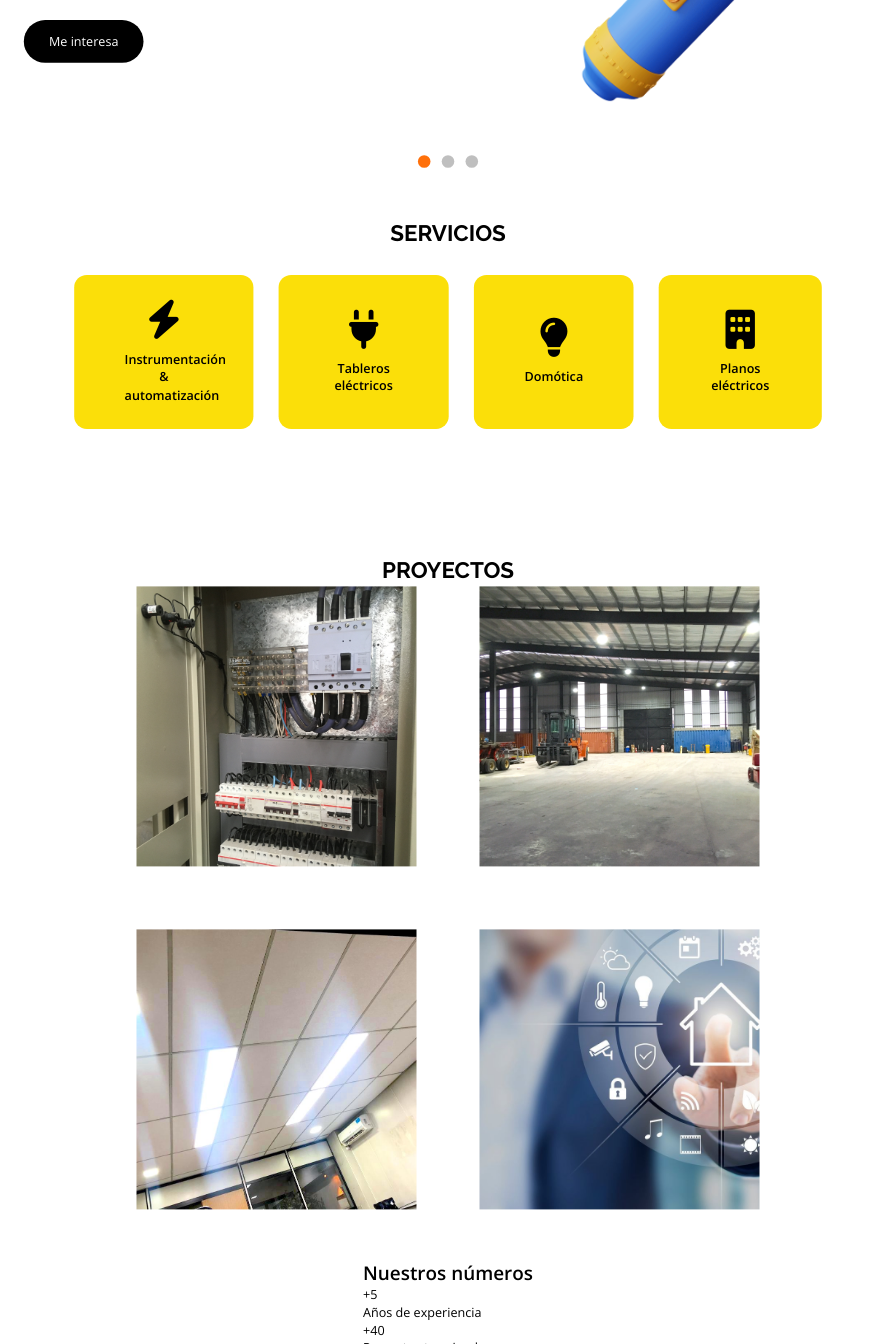
Repository: jeraldinnemg/rjelectronics
Page: index.html
An editor plug-in stored every save of this project. The page is shown before and after the next save, followed by the edit.
The browser window is 1280 px wide. The pictures show the part of the page from y = 424 to 2344 px (the page is 2788 px tall before and 2644 px after), at 70% of full size.
Some web libraries are served in a nearby version.

Above is the page before, as saved 2022-07-27 17:36:00.

After the next save:
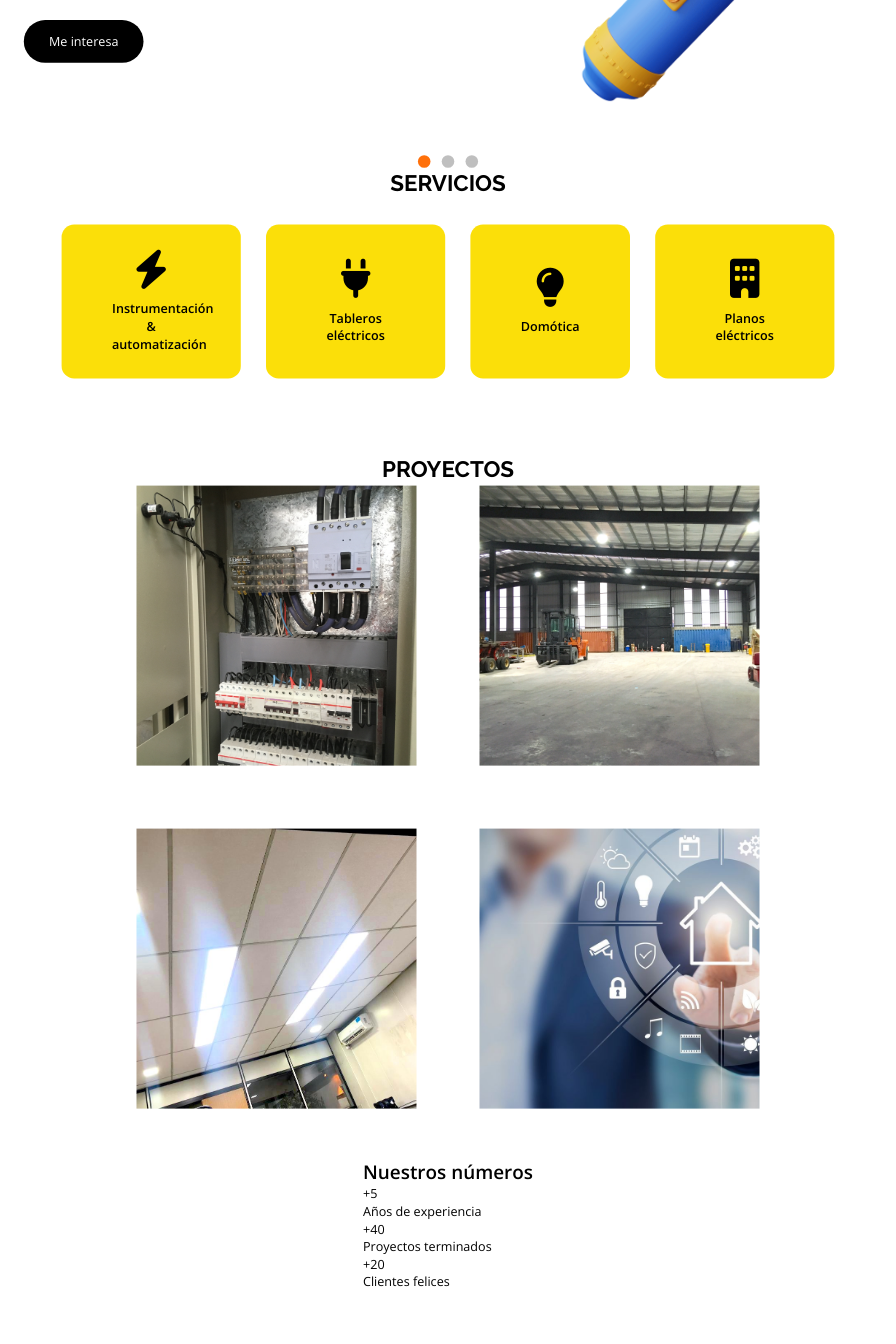
Saved 16 s later.
--- a/index.css
+++ b/index.css
@@ -370,7 +370,7 @@ i:hover{
 
 .services, .projects{
     text-align: center;
-    margin: 4em 4em;
+    margin-bottom: 4em;
 }
 
 /* -------------------------*/
